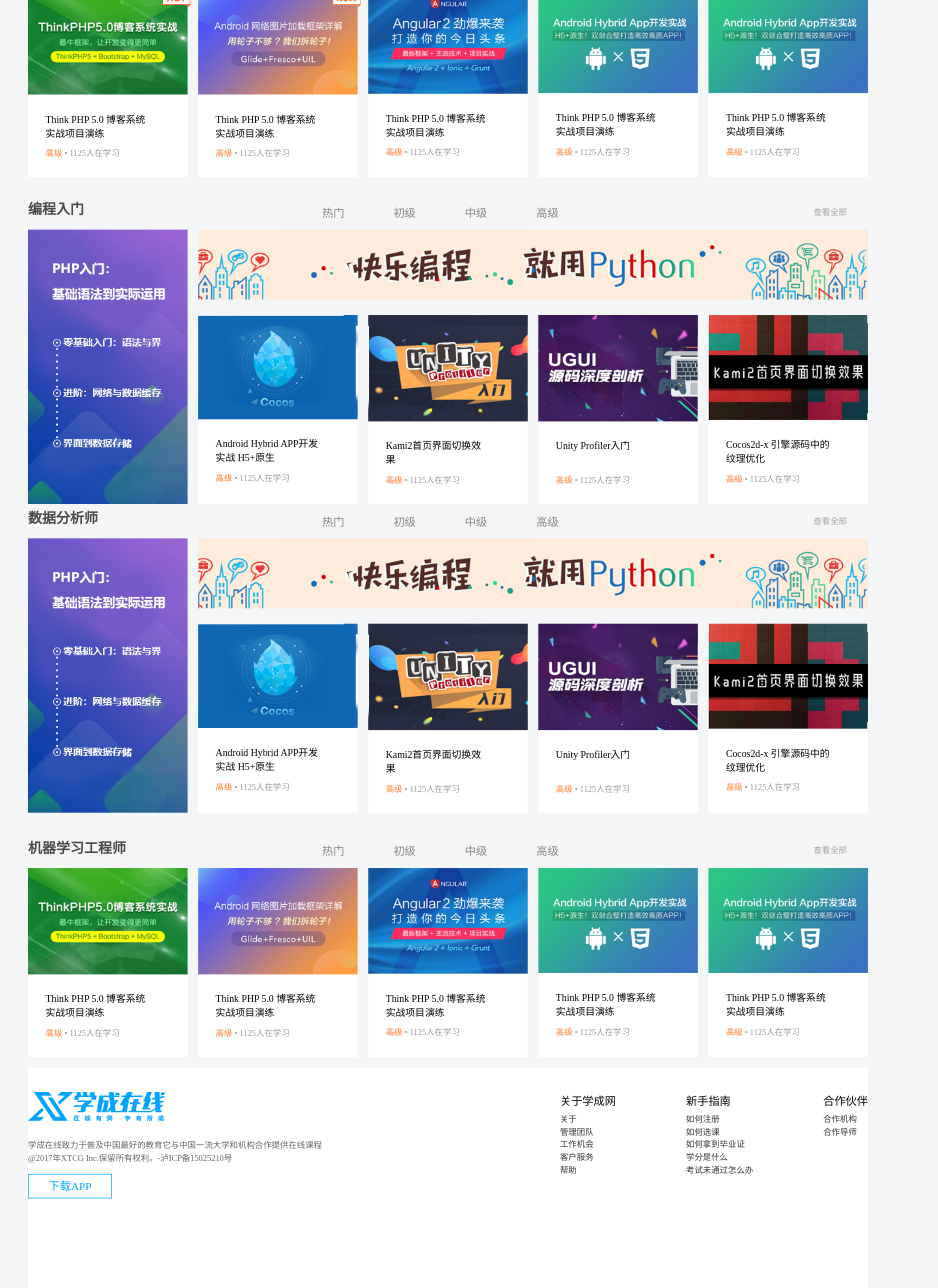
Repository: ywq0312/XueCheng
Page: index.html
An editor plug-in stored every save of this project. The page is shown before and after a run of saves, followed by the edit.
The browser window is 1280 px wide. The page is 1280 px wide, then 1340 px, so the pictures cover 1340 px, including what lies to the right of the window. The pictures show the part of the page from y = 970 to 2810 px (the page is 2810 px tall), at 70% of full size.

Above is the page before, as saved 2021-05-19 15:38:54.

After the next 7 saves:
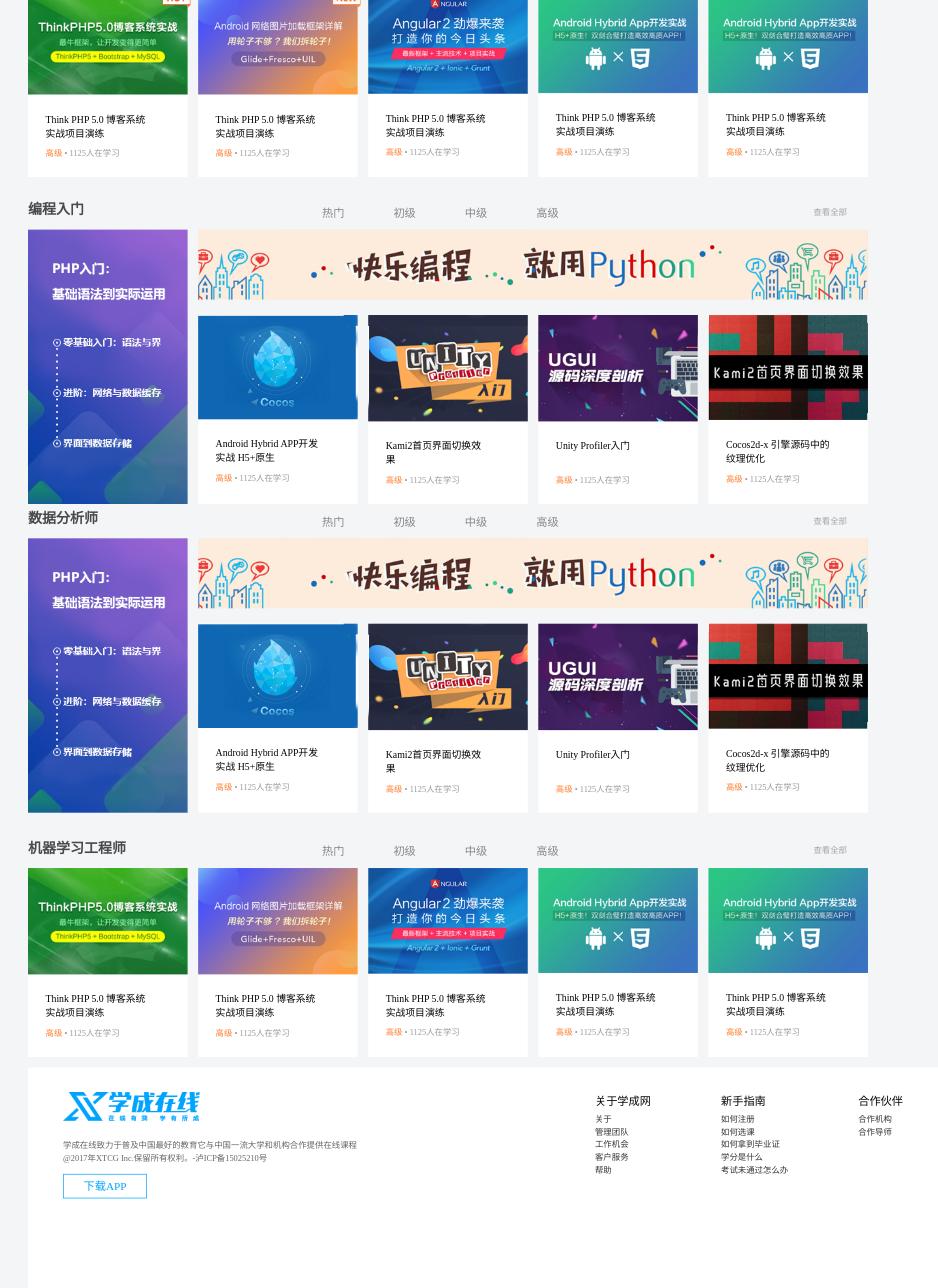
The 7 saves are shown as one change because they came seconds apart.
The last was saved 2 min 59 s later.
--- a/css/style.css
+++ b/css/style.css
@@ -290,6 +290,7 @@
 }
 /* 页脚部分 */
 .footer{
+    width: 1300px;
     height: 315px;
     background-color: #fff;
 }
